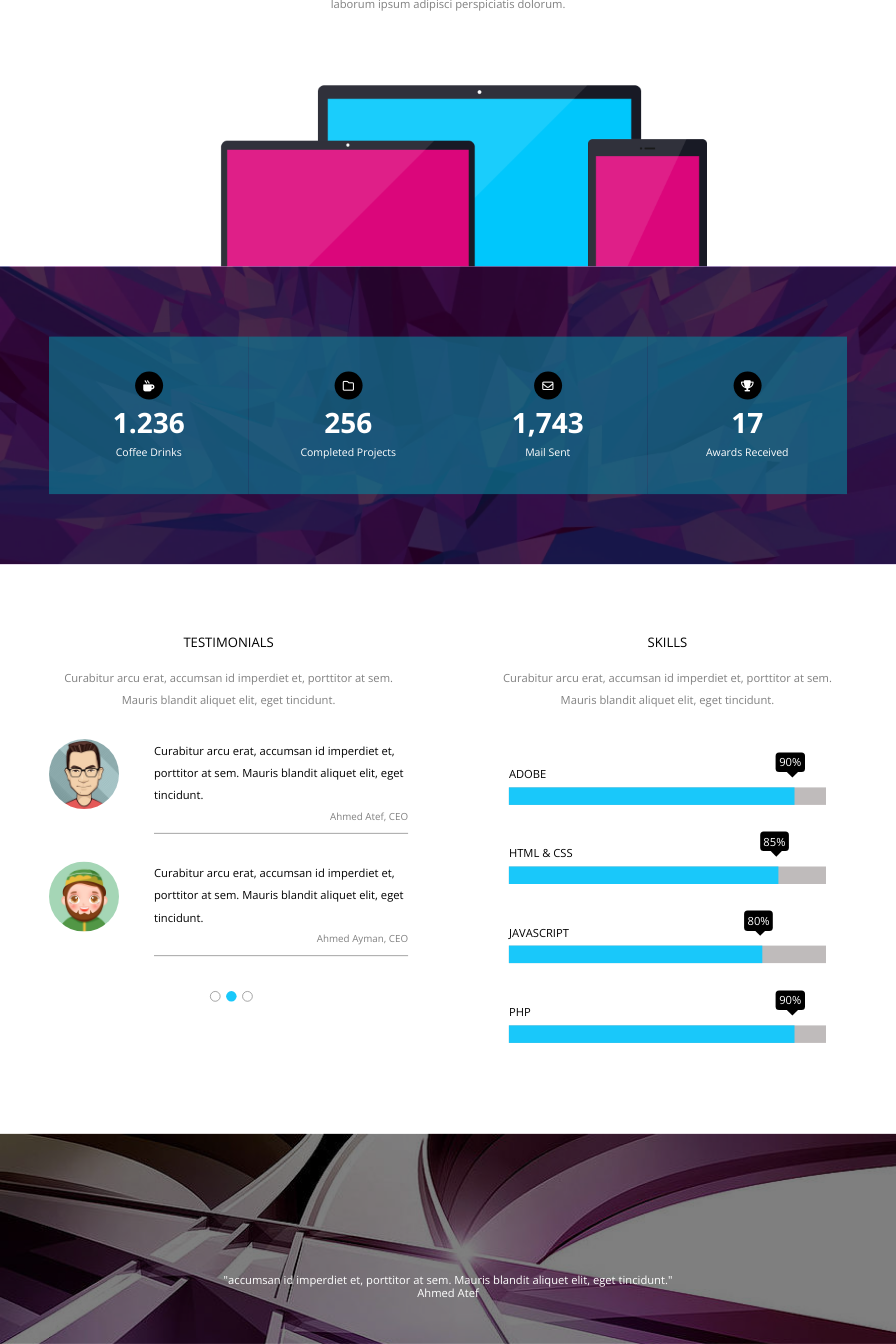
Repository: Ahmed123rezk123/Template_2
Page: index.html
An editor plug-in stored every save of this project. The page is shown before and after a run of saves, followed by the edit.
The browser window is 1280 px wide. The pictures show the part of the page from y = 4247 to 6167 px (the page is 6167 px tall), at 70% of full size.
A picture or video elsewhere on the page could not be fetched, so the positions and the page height are approximate. Some web fonts or font styles are not loaded; a fallback is used.

Above is the page before, as saved 2024-04-15 19:28:41.

After the next 2 saves:
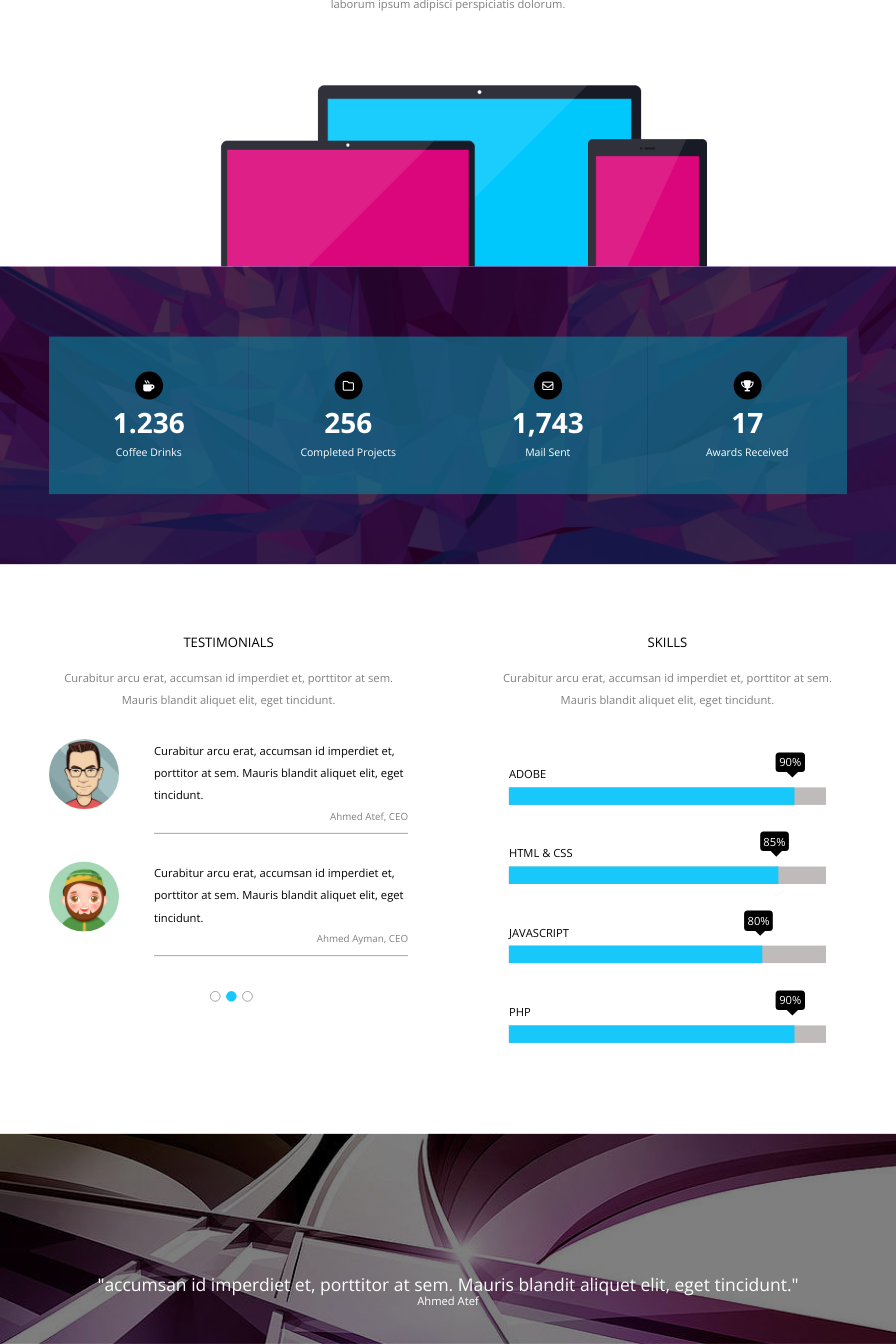
The 2 saves are shown as one change because they came seconds apart.
The last was saved 17 s later.
--- a/css/kasper.css
+++ b/css/kasper.css
@@ -810,4 +810,7 @@ text-align: center;
 color: white;
 margin: 200px auto;
 }
+.quote .container .content p {
+    font-size: 25px;
+}
 /* End Quote */
